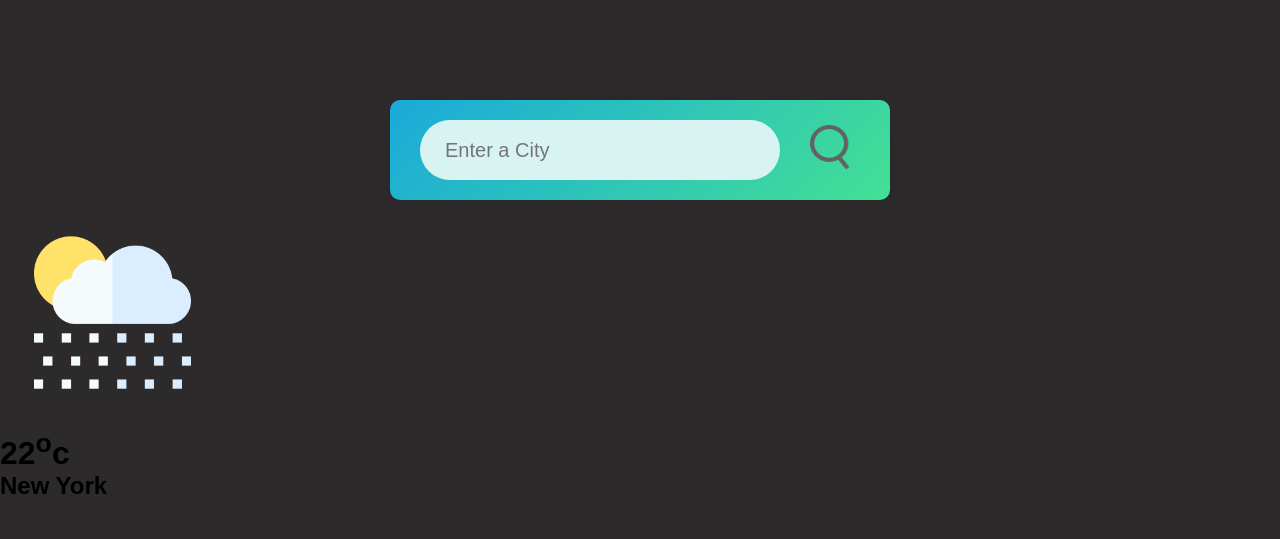
Repository: Haakim19/weatherApp
Page: index.html
The author's editor kept a copy of each file at every save. The page is drawn from the files as they stood at one save, then again after the next save.
The browser window is 1280 px wide. The pictures show the whole page.

Above is the page before, as saved 2024-11-16 21:13:22.

After the next save:
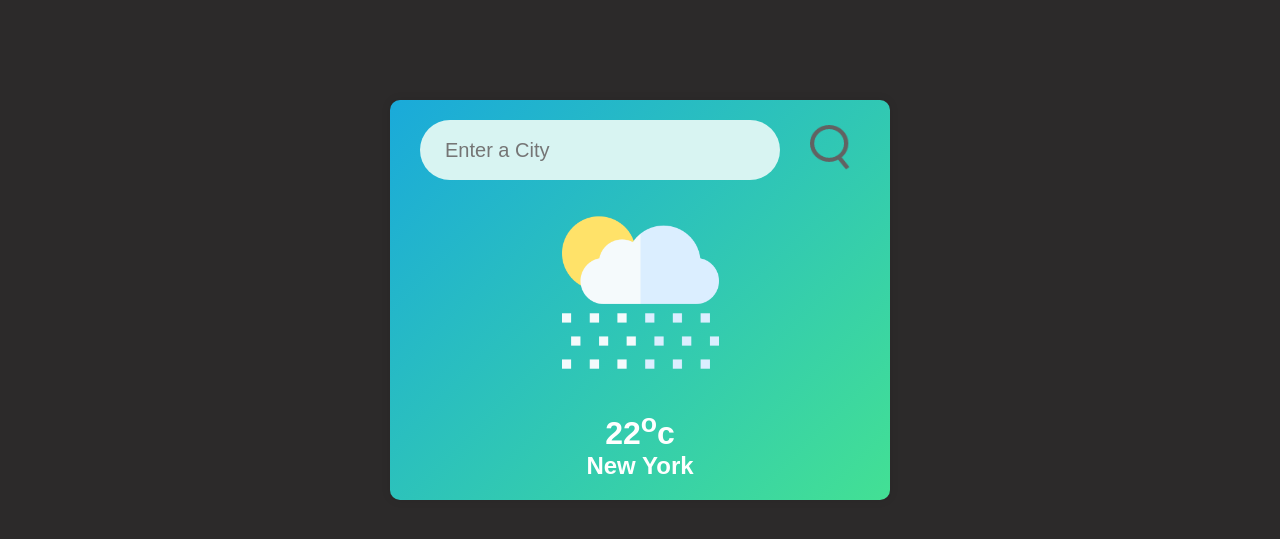
Saved 8 s later.
--- a/index.html
+++ b/index.html
@@ -12,11 +12,11 @@
             <input type="text" placeholder="Enter a City" spellcheck="false">
             <button><img src="images/search.png"></button>
         </div>
-    </div>
-    <div class="weather">
-        <img src="images/rain.png" class="weather-icon">
-        <h1 class="temp">22<sup>o</sup>c</h1>
-        <h2 class="city">New York</h2>
+        <div class="weather">
+            <img src="images/rain.png" class="weather-icon">
+            <h1 class="temp">22<sup>o</sup>c</h1>
+            <h2 class="city">New York</h2>
+        </div>
     </div>
 </body>
 </html>
